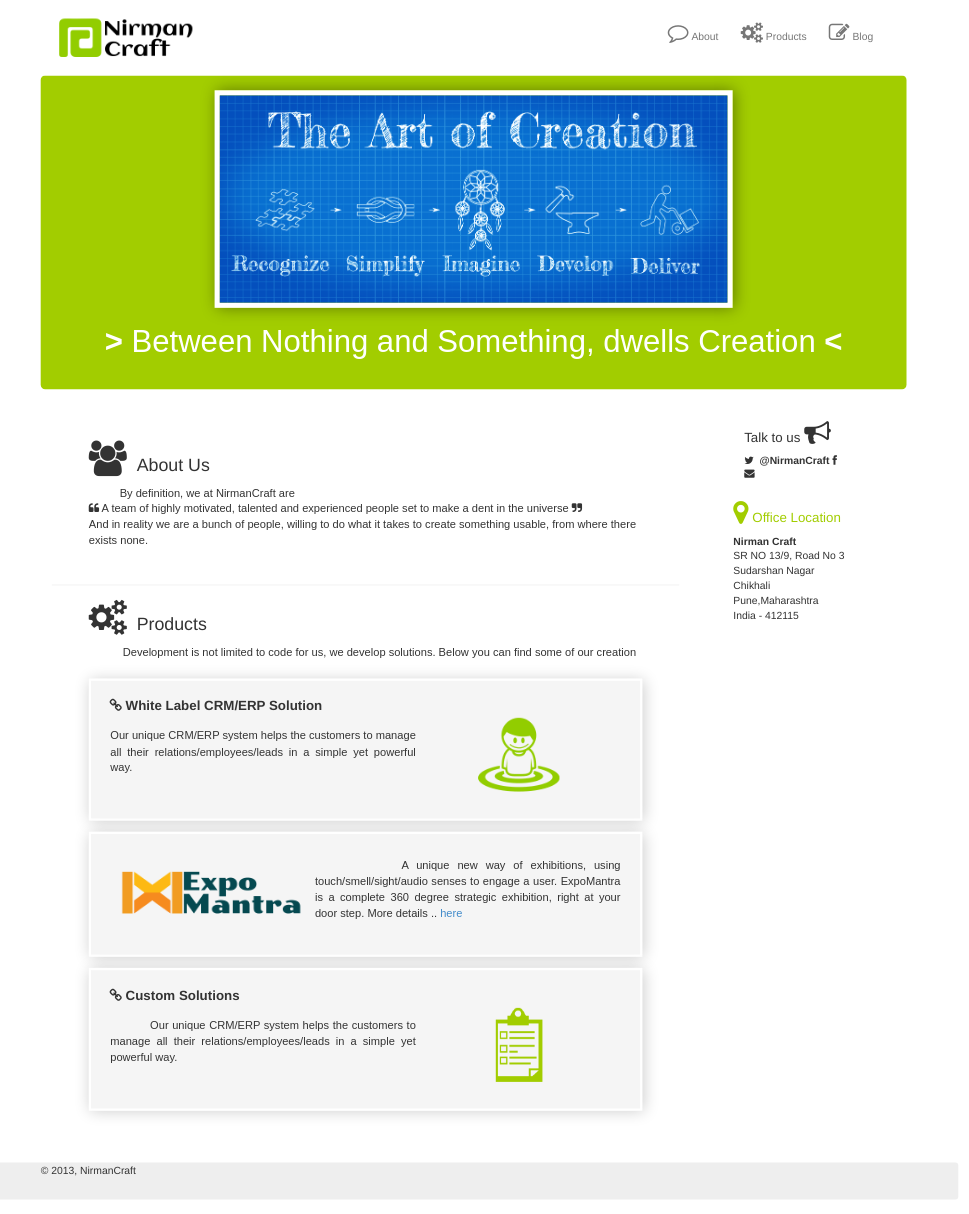
Repository: MeShreyas/NirmanCraftWebsite
Page: NirmanCraft/index.html
The author's editor kept a copy of each file at every save. The page is drawn from the files as they stood at one save, then again after the next save.
The browser window is 1280 px wide. The page is 1310 px wide, so the pictures cover 1310 px, including what lies to the right of the window. The pictures show the whole page, at 74% of full size.
Some web fonts or font styles are not loaded; a fallback is used.

Above is the page before, as saved 2013-10-08 15:13:00.
Console error: ReferenceError: jQuery is not defined

### NirmanCraft/index.html
<!DOCTYPE html>
<html lang="en">
	<head>
		<meta charset="utf-8">

		<!-- Always force latest IE rendering engine (even in intranet) & Chrome Frame
		Remove this if you use the .htaccess -->
		<meta http-equiv="X-UA-Compatible" content="IE=edge,chrome=1">

		<title>Nirman Craft</title>
		<meta name="description" content="">
		<meta name="author" content="Shreyas">

		<meta name="viewport" content="width=device-width; initial-scale=1.0">

		<!-- Replace favicon.ico & apple-touch-icon.png in the root of your domain and delete these references -->
		<link rel="shortcut icon" href="images/nclogo_small.png">
		<link rel="stylesheet" href="css/bootstrap.min.css">
		<link rel="stylesheet" href="font-awesome/css/font-awesome.min.css"/>
		<style type="text/css">
			.title-text {
				font-family: 'Strait', sans-serif;
				font-size: 2em;
				color: #FFFFFF;
			}

			.header-text {
				font-family: 'Strait', sans-serif;
				font-size: 1.5em;
				color: #333333;
			}

			.body-text {
				font-size:15px;
				font-family: 'Raleway', sans-serif;
			}
			.spacer {
				padding-top:10px;
				padding-bottom:5px;
			}
			.product{
				background-color:#f5f5f5;
				padding:25px;
				box-shadow:2px 2px 20px rgba(0,0,0,0.2);
				border:3px solid #FFFFFF;
			}
		</style>
	</head>

	<body>
		<div class="row">
			<header class="container navbar" style="background-color: #FFFFFF;margin-bottom:0px">
				<div class="container">
					<div class="navbar-header">
						<a class="navbar-brand" href="../"><img src="images/nclogo.png" width="200px" style="padding:10px"/></a>
					</div>
					<div class="navbar-text pull-right">
						<ul class="nav navbar-nav container" >
							<li>
								<!--<a href="#"><i class="icon-home icon-2x"></i>&nbsp;Home</a>-->
							</li>
							<li>
								<a href="#about"><i class="icon-comment-alt icon-2x"></i>&nbsp;About</a>
							</li>
							<li>
								<a href="#products"><i class="icon-cogs icon-2x"></i>&nbsp;Products</a>
							</li>
							<li>
								<a href="../javascript"><i class="icon-edit icon-2x"></i>&nbsp;Blog</a>
							</li>

						</ul>
					</div>
				</div>
			</header>

			<div class="container jumbotron" style="padding:20px 0px;margin-top:0px;background-color: #A2CD00">
				<div class="container title-text">
					<center>
						<img src="images/finalbanner.png" width="700px" style="border:7px solid #FFFFFF;box-shadow: 3px 0px 20px rgba(0,0,0,0.4)"/>
						<br/>
						<strong>>&nbsp;</strong>Between Nothing and Something, dwells Creation<strong>&nbsp;<</strong>
					</center>
				</div>
			</div>
			<div class="row">
				<div class="container">
					<div class="content col-lg-9" id="about">
						<div class="header-text" style="padding:20px 50px;">
							<h3><i class="icon-group icon-2x"></i>&nbsp;&nbsp;About Us</h3>
							<div>

								<p class="body-text">
									&nbsp;&nbsp;&nbsp;&nbsp;&nbsp;&nbsp;&nbsp;&nbsp;&nbsp;&nbsp;By definition,
									we at NirmanCraft are
									 <br/><i class="icon-quote-left"></i>

									A team of highly motivated, talented and experienced people set to make a dent in the universe
									<i class="icon-quote-right"></i><br/>And in reality we are a bunch
									of people, willing to do what it takes to create something usable, from where there exists none.

								</p>
							</div>
						</div>
						<hr>
						<div class="header-text" style="padding:0 50px" id="products">
							<h3><i class="icon-cogs icon-2x"></i>&nbsp;&nbsp;Products</h3>
							<div>
								<p class="body-text">
									&nbsp;&nbsp;&nbsp;&nbsp;&nbsp;&nbsp;&nbsp;&nbsp;&nbsp;&nbsp;
									Development is not limited to code for us, we develop solutions.
									Below you can find some of our creation
								</p>
								<div>
									<div class="list-group">
											<div class="spacer"></div>
											<div class="product">
												<h4 class="list-group-item-heading">
													<i class="icon-link"></i>&nbsp;<strong>White Label CRM/ERP Solution</strong>
												</h4>
												<p class="list-group-item-text body-text">
													<table width="100%">
														<tr>
															<td>
																<p class="body-text" align="justify">Our unique CRM/ERP system helps the customers to manage all their
																relations/employees/leads in a simple yet powerful way.
																</p></td>

															<td width="40%" align="center">
																<img src="images/customer.png" height="100px" >
																</td>
														</tr>
													</table>
												</p>
											</div>
											<div class="spacer"></div>
											<div class="product">
												<h4 class="list-group-item-heading">
													<strong></strong>
												</h4>
												<p class="list-group-item-text">
													<table width="100%">
														<tr>
															<td width="40%" align="center">
																<img src="images/expomantra.png" width="250px" ></td>
															<td>
																<p class="body-text" align="justify">
																	&nbsp;&nbsp;&nbsp;&nbsp;&nbsp;&nbsp;&nbsp;&nbsp;&nbsp;&nbsp;
																	A unique new way of exhibitions, using touch/smell/sight/audio senses
																	to engage a user. ExpoMantra is a complete 360 degree strategic
																	exhibition, right at your door step. More details ..
																	<a href="http://expomantra.com" target="_blank">here</a>
																</p></td>


														</tr>
													</table>
												</p>
											</div>
											<div class="spacer"></div>
											<div class="product">
												<h4 class="list-group-item-heading">
													<i class="icon-link"></i>&nbsp;<strong>Custom Solutions</strong>
												</h4>
												<p class="list-group-item-text">
													<table width="100%">
														<tr>
															<td>
																<p class="body-text" align="justify">
																	&nbsp;&nbsp;&nbsp;&nbsp;&nbsp;&nbsp;&nbsp;&nbsp;&nbsp;&nbsp;
																Our unique CRM/ERP system helps the customers to manage all their
																relations/employees/leads in a simple yet powerful way.
																</p></td>

															<td width="40%" align="center"><img src="images/custom.png" height="100px"></td>
														</tr>
													</table>
												</p>
											</div>
										</div>
									</div>

							</div>
						</div>

					</div>
					<div class="sidebar col-lg-3">
							<div class="row">

								<div style="width:50%;margin:0 auto;">
									<h4 class="list-group-item-header">
										Talk to us&nbsp;<i class="icon-bullhorn icon-2x"></i>
									</h4>
									<p class="list-group-item-text">
										<strong><i class="icon-twitter"></i> &nbsp;@NirmanCraft</strong>
										<i class="icon-facebook"></i> &nbsp;
										<i class="icon-envelope"></i>
									</p>
								</div>
							</div>
							<div class="spacer"></div>
							<div class="row">
								<div style="width:60%;margin:0 auto;">
								<h4 class="list-group-item-header" style="color:#A2CD00">
									<i class="icon-map-marker icon-2x" ></i>&nbsp;Office Location
								</h4>
								<p class="list-group-item-text">
									<address>
										<strong>Nirman Craft</strong><br>
										SR NO 13/9, Road No 3<br>
										Sudarshan Nagar<br>
										Chikhali<br>
										Pune,Maharashtra<br>
										India - 412115<br>

									</address>
								</p>
								</div>
							</div>
					</div>
				</div>
			</div>

		</div>
		<div class="row" style="margin-top:50px;">
			<div class="navbar ">
				<div class="container">
					<p>
						&copy; 2013, NirmanCraft
					</p>
				</div>
			</div>
		</div>
		<script src="js/bootstrap.min.js" type="text/javascript" charset="utf-8"></script>
		<link href='http://fonts.googleapis.com/css?family=Strait' rel='stylesheet' type='text/css'>
		<link href='http://fonts.googleapis.com/css?family=Raleway:400,700' rel='stylesheet' type='text/css'>
	</body>
</html>

Loaded but not shown: NirmanCraft/css/bootstrap.min.css (library); NirmanCraft/font-awesome/css/font-awesome.min.css (library); NirmanCraft/js/bootstrap.min.js (library)

After the next save:
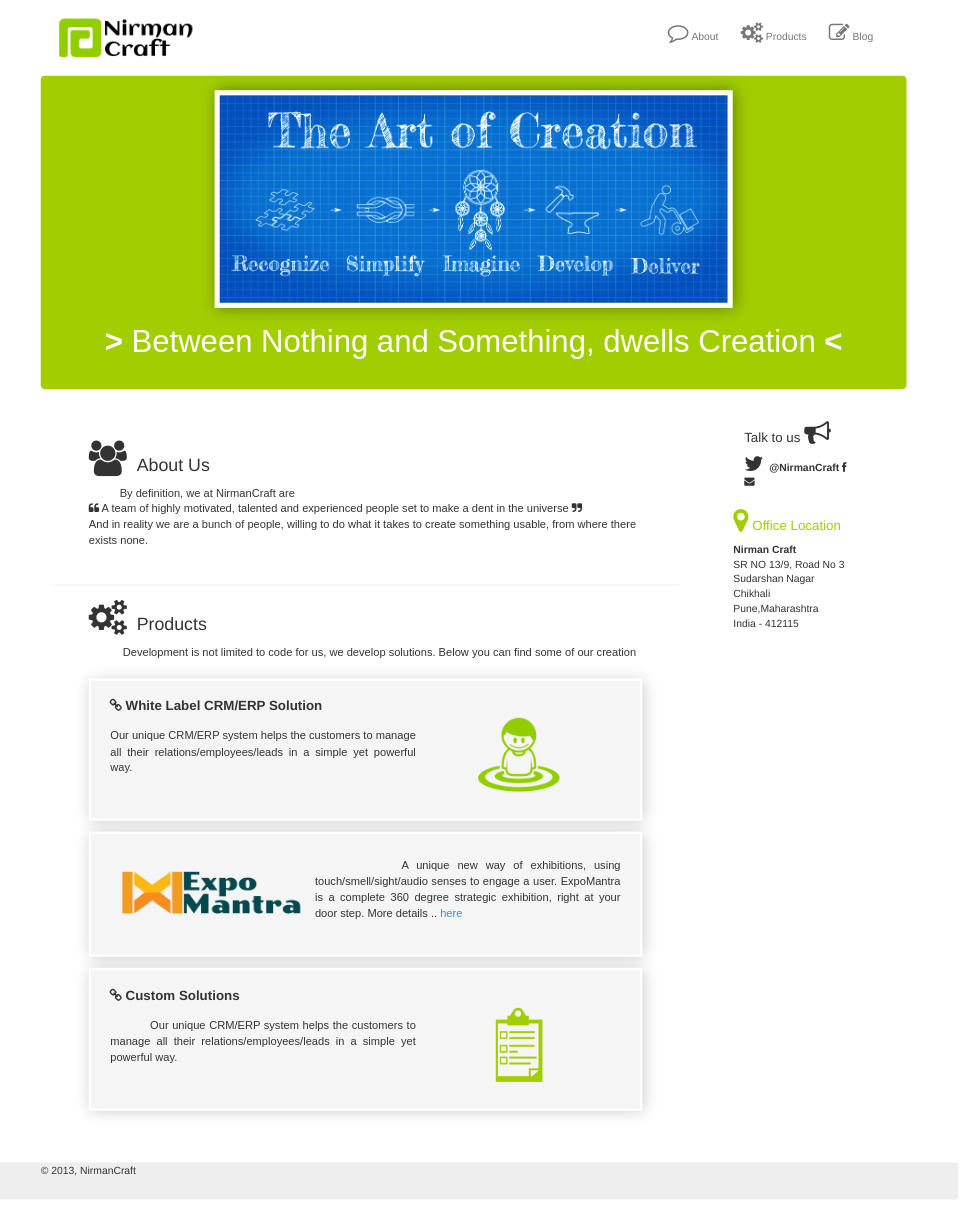
Saved 13 s later.
--- a/NirmanCraft/index.html
+++ b/NirmanCraft/index.html
@@ -192,7 +192,7 @@
 										Talk to us&nbsp;<i class="icon-bullhorn icon-2x"></i>
 									</h4>
 									<p class="list-group-item-text">
-										<strong><i class="icon-twitter"></i> &nbsp;@NirmanCraft</strong>
+										<strong><i class="icon-twitter icon-2x"></i> &nbsp;@NirmanCraft</strong>
 										<i class="icon-facebook"></i> &nbsp;
 										<i class="icon-envelope"></i>
 									</p>
